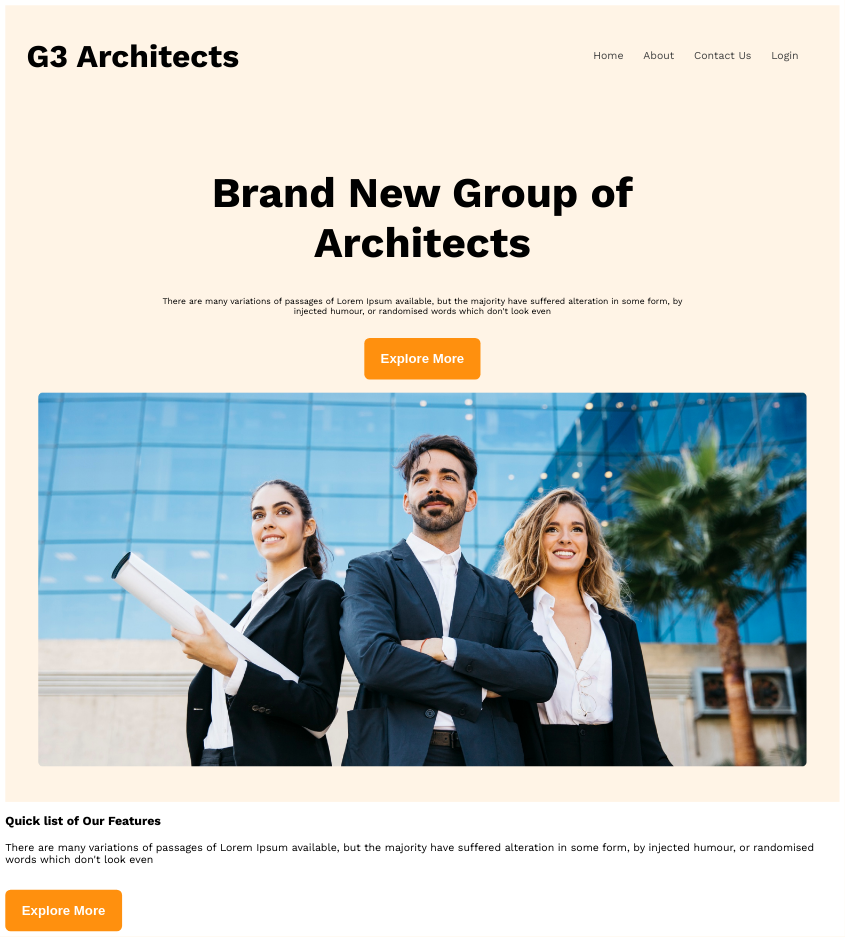
Repository: dollyrakhe22/g3-architects-website
Page: index.html
The author's editor kept a copy of each file at every save. The page is drawn from the files as they stood at one save, then again after the next save.
The browser window is 1280 px wide. The pictures show the whole page, at 66% of full size.

Above is the page before, as saved 2025-07-20 20:14:04.

### index.html
<!DOCTYPE html>
<html lang="en">
<head>
    <meta charset="UTF-8">
    <meta name="viewport" content="width=device-width, initial-scale=1.0">
    <title>Architects Website</title>
    <link rel="stylesheet" href="style.css">
</head>
<body class="work-sans-font">
   <header>
     <header class="bg-light">
           <nav class="navbar  display-flex">
             <h3 class="brand">G3 Architects</h3>
             <ul class="nav-links display-flex">
              <li class="nav-item"><a href="" class="nav-link text-gray ">Home</a></li>
              <li class="nav-item"><a href="" class="nav-link text-gray ">About</a></li>
              <li class="nav-item"><a href="" class="nav-link text-gray ">Contact Us</a></li>
              <li class="nav-item"><a href="" class="nav-link text-gray ">Login</a></li>
             </ul>
           </nav>
           <div class="banner">
          <div class="banner-content">
              <h1 class="banner-title">Brand New Group of Architects </h1>
              <p class="banner-description">There are many variations of passages of Lorem Ipsum available, but the majority have suffered alteration in some form, by injected humour,
              or randomised words which don't look even</p>
            <button class="btn-primary">Explore More</button>
          </div>
            <img class="banner-img" src="images/banner.png" alt="" srcset="">
           </div>
    </header>

   <main>
    <section class="teams">
      <div class="team-img-container">


      </div>
      <div class="our-features">
          <h3 class="feature-title">Quick list of Our Features</h3>
           <p class="feature-description">There are many variations of passages of Lorem Ipsum available, but the majority have suffered alteration in some form, by injected humour,
             or randomised words which don't look even</p>
             <button class="btn-primary">Explore More</button>
      </div>
    </section>

   </main>
    <footer>

    </footer>
</body>
</html>

### style.css
@import url('https://fonts.googleapis.com/css2?family=Work+Sans:ital,wght@0,100..900;1,100..900&display=swap');

.work-sans-font {
  font-family: "Work Sans", sans-serif;
  font-optical-sizing: auto;
  font-weight: 400px;
  font-style: normal;
}
/*shared styles*/
.display-flex{
  display: flex;
}
/*dark 02*/
.text-gray{
  color: #424242;
}
/*dark 03*/
.text-light-gray{
  color:#727272;
}
.navbar{
  justify-content: space-between;
  align-items: center;
}
.bg-light{
  background-color: rgba(255, 144, 14, 0.1);
}
.brand{
  font-weight: 700;
  font-size: 3rem;
}
/*header styles*/
/*main*/
main{
  max-width: 1440px;
  margin: 0 auto;
}

/*navbar related styles*/
.navbar{
  display: flex;
}
.nav-item{
  list-style: none;
  margin-right: 30px;
}
.nav-link{
  text-decoration: none;
  font-size: 500;
}
.navbar,.banner {
  max-width: 1200px;
  margin: 0 auto;

}


/*banner related styles*/
.banner-content{
  max-width: 800px;
  margin: 0 auto;
  text-align: center;
  margin-bottom: 20px;

}
.banner{
  padding: 50px;

}
.banner-img{
  width: 100%;
}
.banner-title{
  font-weight: 700;
  font-size: 4rem;
}
.banner-description{
  font-size: 13px;


}
.btn-primary{
  background-color: #FF900E;
  color: white;
  padding: 20px 25px;
  font-size: 1.25rem;
  font-weight: 600;
  border:none;
  border-radius: 8px;
  margin-top: 20px;
  margin-top: 20px;

}
/*responsive media query*/
@media screen and (max-width: 576px){
  .navbar, .nav-link{
    flex-direction: column;
  }


}

After the next save:
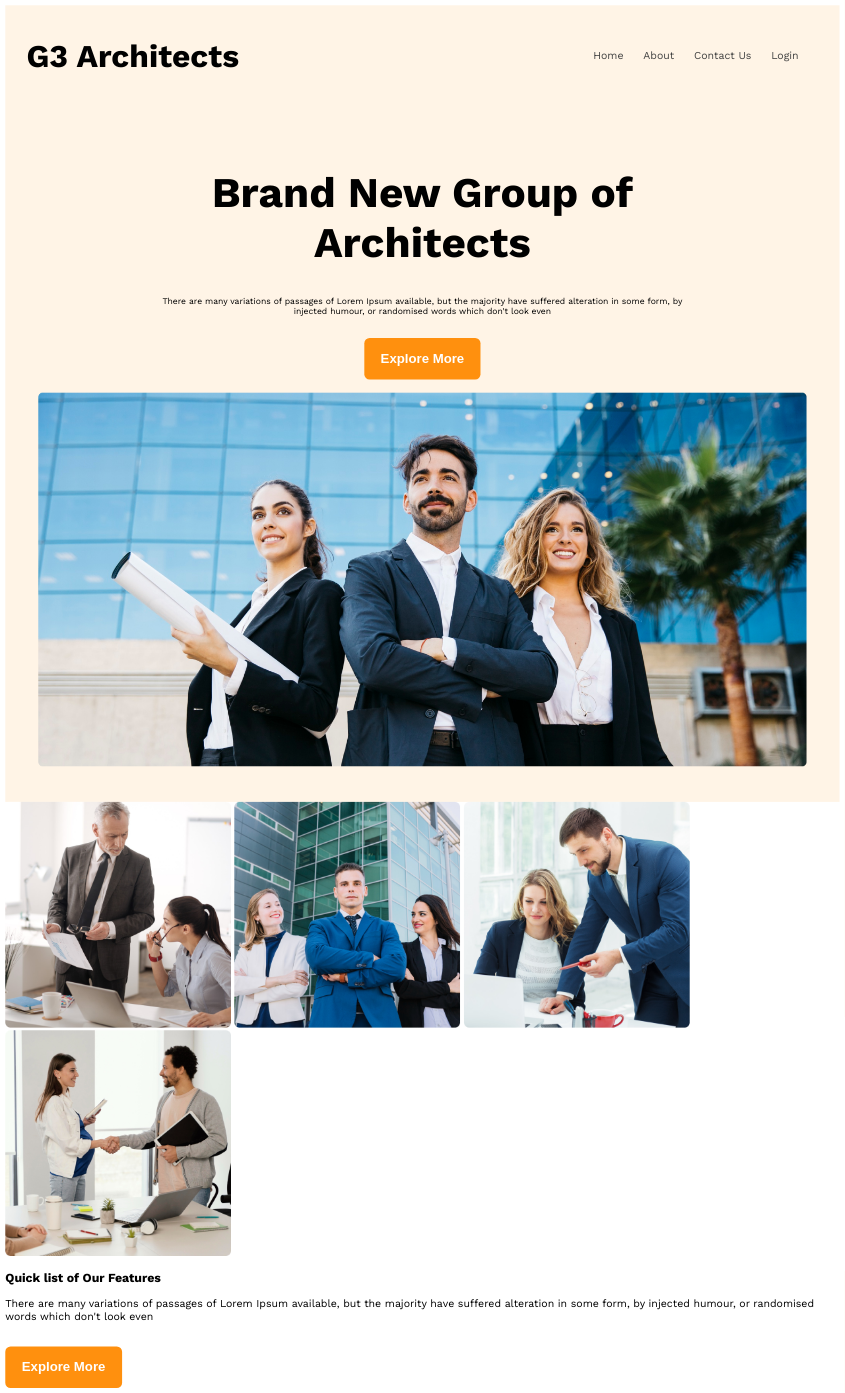
Saved 15 min 47 s later.
--- a/index.html
+++ b/index.html
@@ -32,8 +32,10 @@
    <main>
     <section class="teams">
       <div class="team-img-container">
-
-
+      <img src="images/team1.png" alt="" srcset="">
+      <img src="images/team2.png" alt="" srcset="">
+      <img src="images/team3.png" alt="" srcset="">
+      <img src="images/team4.png" alt="" srcset="">
       </div>
       <div class="our-features">
           <h3 class="feature-title">Quick list of Our Features</h3>
